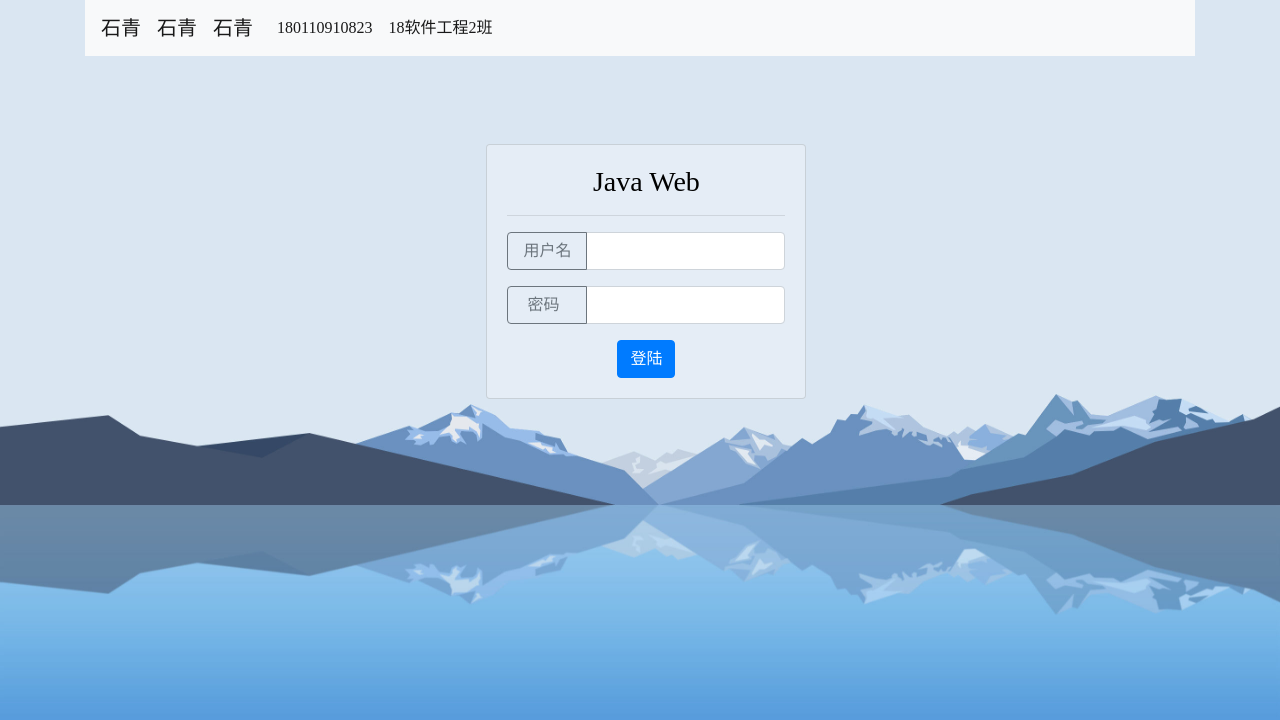
Repository: sqsssq/JavaWeb
Page: class1/IDEA/web/successful.html
These files come from the project's save history. The page is drawn as it stood at one moment and after the next save; the edit follows.
The browser window is 1280 px wide. The pictures show the whole page.

Above is the page before, as saved 2020-09-25 00:36:22.

After the next save:
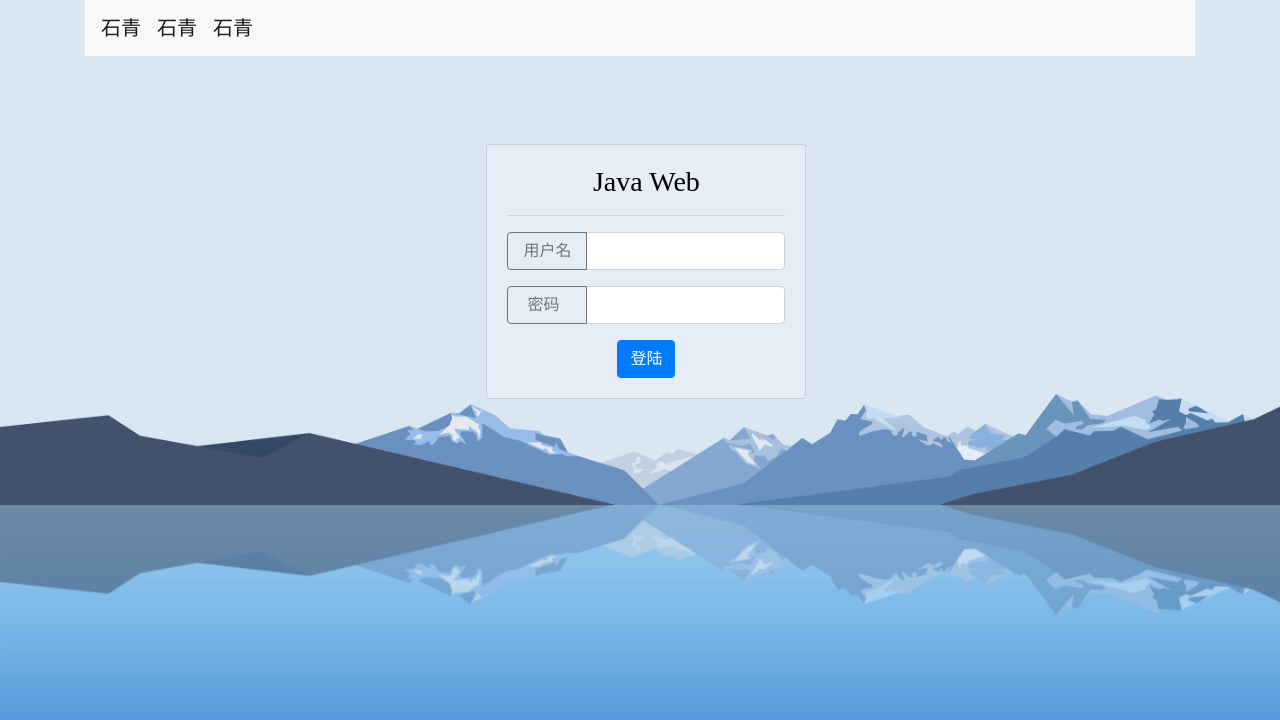
Saved 10 s later.
--- a/class1/IDEA/web/successful.html
+++ b/class1/IDEA/web/successful.html
@@ -1,7 +1,7 @@
 <!--
  * @Author: your name
  * @Date: 2020-09-23 10:46:47
- * @LastEditTime: 2020-09-25 00:36:22
+ * @LastEditTime: 2020-09-25 00:36:32
  * @LastEditors: Please set LastEditors
  * @Description: In User Settings Edit
  * @FilePath: \IDEA\web\successful.html
@@ -36,23 +36,7 @@
             <a class="navbar-brand" href="#">石青</a>
             <a class="navbar-brand" href="#">石青</a>
             <a class="navbar-brand" href="#">石青</a>
-            <button class="navbar-toggler" type="button" data-toggle="collapse" data-target="#navbarSupportedContent" aria-controls="navbarSupportedContent" aria-expanded="false" aria-label="Toggle navigation">
-                <span class="navbar-toggler-icon"></span>
-            </button>
 
-            <div class="collapse navbar-collapse" id="navbarSupportedContent">
-                <ul class="navbar-nav mr-auto">
-                    <li class="nav-item active">
-                        <a class="nav-link" href="#">180110910823</a>
-                    </li>
-                    <li class="nav-item active">
-                        <a class="nav-link" href="#">18软件工程2班</a>
-                    </li>
-                </ul>
-    <!--            <form class="form-inline my-2 my-lg-0">-->
-    <!--                <button class="btn btn-outline-success my-2 my-sm-0" type="submit">注册</button>-->
-    <!--            </form>-->
-            </div>
         </nav>
         <form method="post" action="loginAction.jsp">
 
